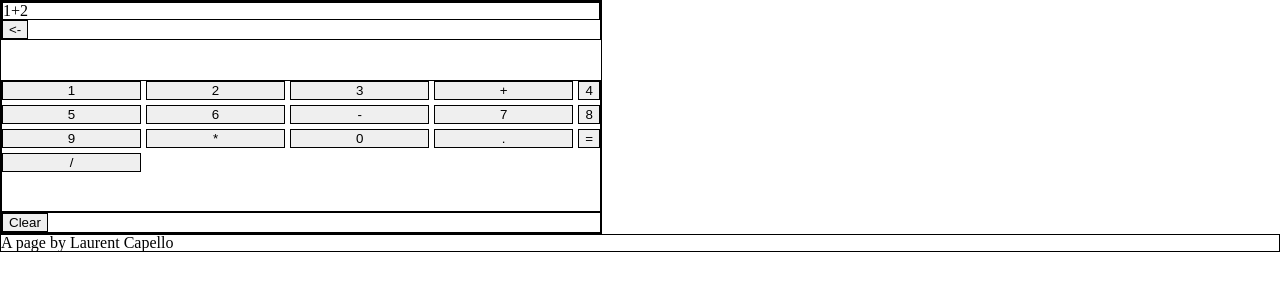
Repository: sokafootball/js-calculator
Page: index.html
The author's editor kept a copy of each file at every save. The page is drawn from the files as they stood at one save, then again after the next save.
The browser window is 1280 px wide. The pictures show the whole page.

Above is the page before, as saved 2020-04-25 11:34:30.

After the next save:
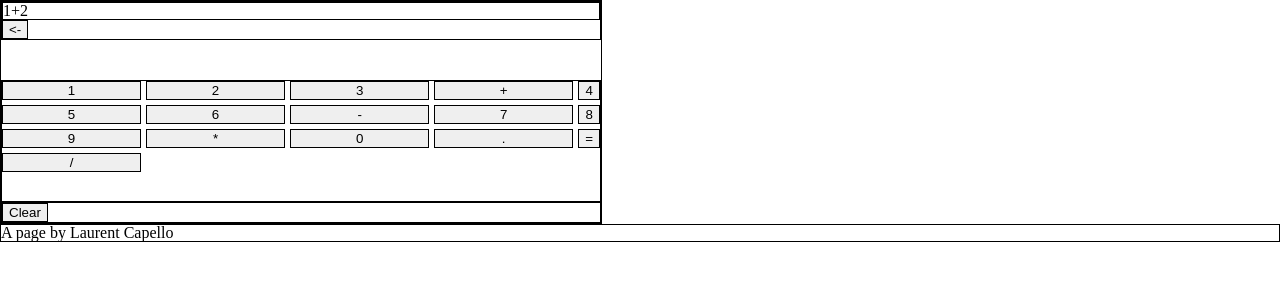
Saved 19 s later.
--- a/style.css
+++ b/style.css
@@ -19,12 +19,10 @@
   gap: 5px 5px;
   grid-template-areas:
     "display display display . backspace"
-    ". . . . ."
     "numpad numpad numpad . operators"
     "numpad numpad numpad . operators"
     "numpad numpad numpad . operators"
     "numpad numpad numpad . operators"
-    ". . . . ."
     ". . clear . .";
   grid-template-columns: repeat(4, 1fr);
   grid-template-rows: repeat(5, 1fr);
